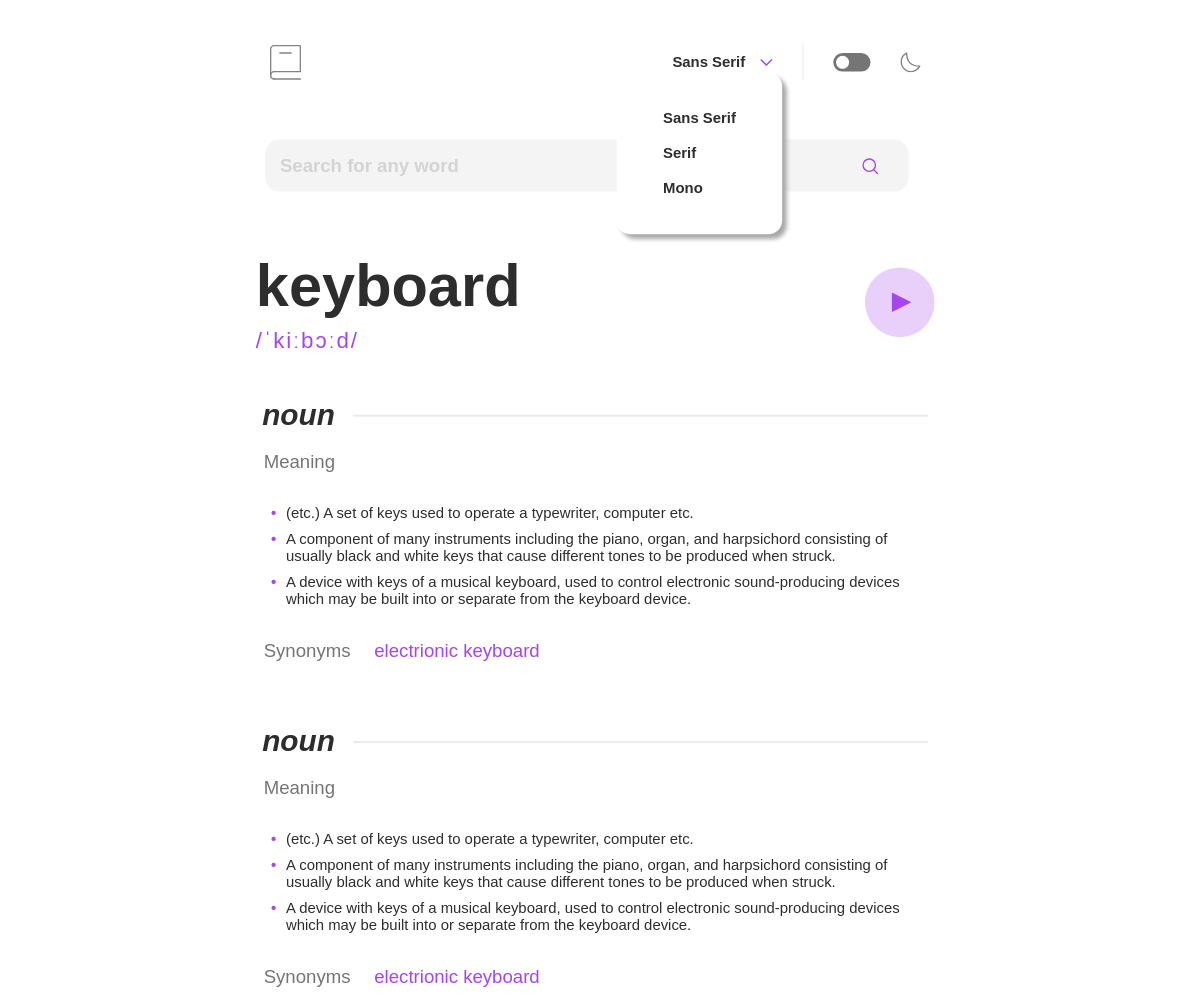
Repository: Arkitecth/dictionary-app
Page: index.html
These files come from the project's save history. The page is drawn as it stood at one moment and after the next save; the edit follows.
The browser window is 1280 px wide. The pictures show the whole page, at 93% of full size.

Above is the page before, as saved 2023-07-20 19:15:26.

After the next save:
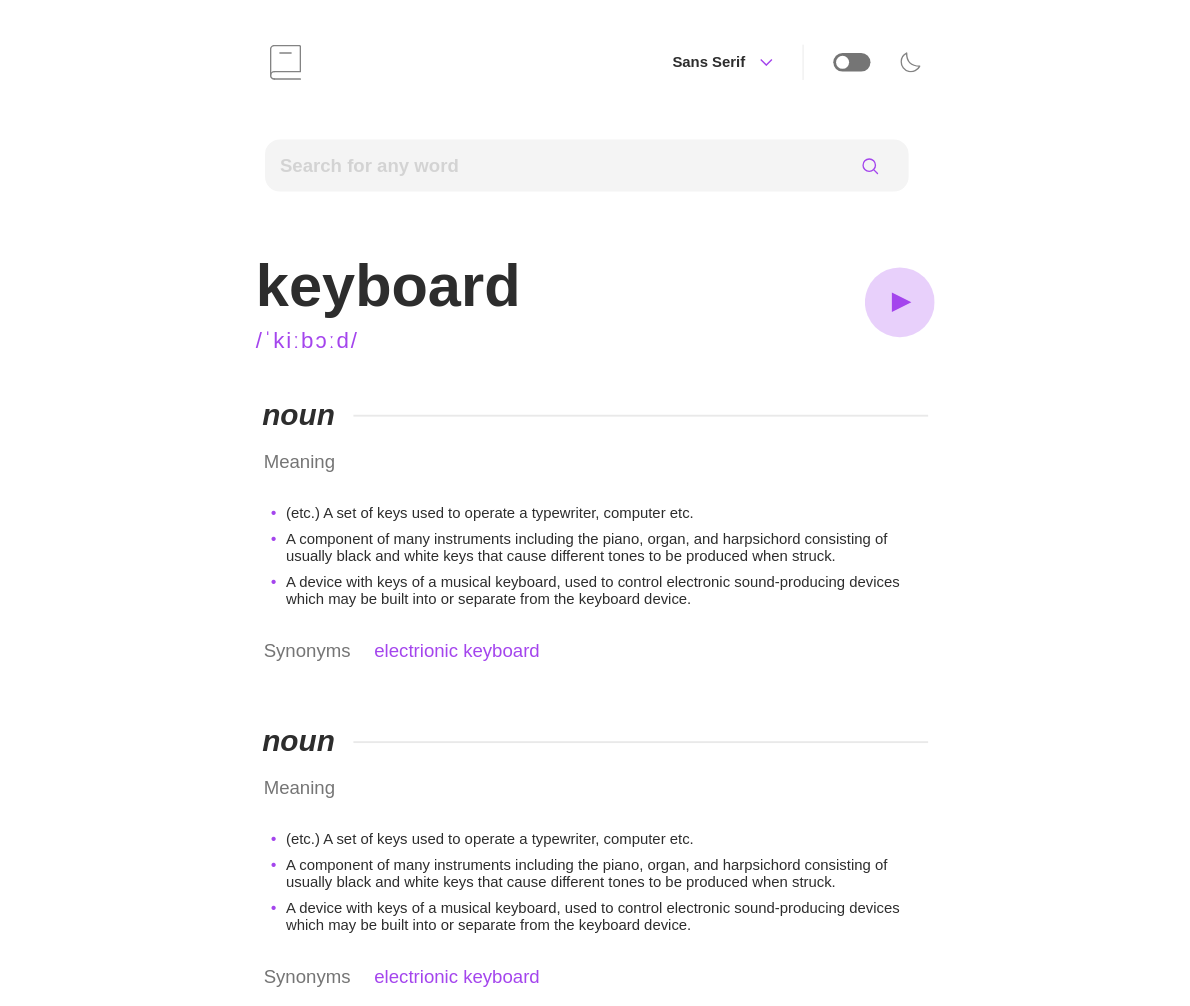
Saved 13 s later.
--- a/styles.css
+++ b/styles.css
@@ -262,6 +262,7 @@
     top: 30px;
     left: -60px;
     box-shadow: 5px 5px 5px darkgray;
+    display: none;
 }
 .modal ul{
     list-style: none;
@@ -274,6 +275,10 @@
 
 .modal ul li:hover {
     color: var(--purple);
+}
+
+.display {
+    display: block;
 }
 
 
